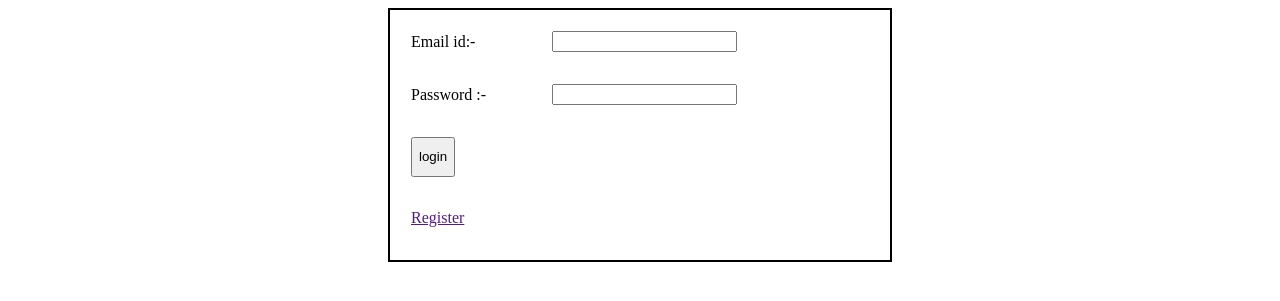
Repository: ShivrajMPujari/ServletApplication
Page: http://localhost/LoginReg/
These files come from the project's save history. The page is drawn as it stood at one moment and after the next save; the edit follows.
The browser window is 1280 px wide. The pictures show the whole page.
The page is served by Tomcat 9.

Above is the page before, as saved 2018-07-09 06:04:43.

After the next save:
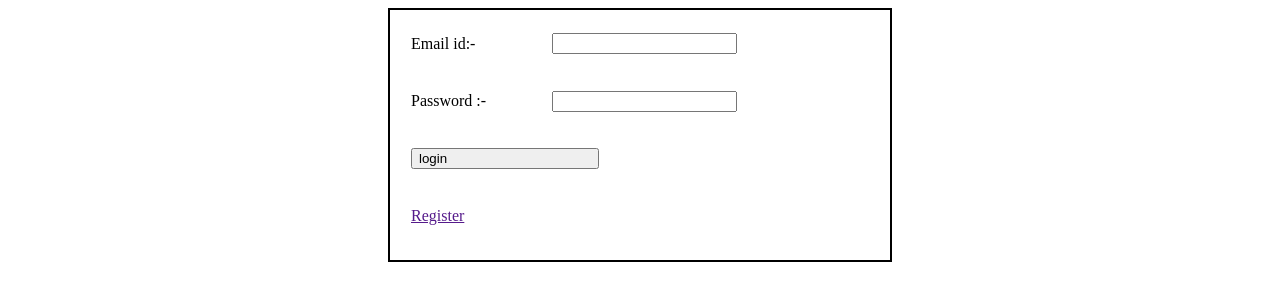
Saved 26 s later.
--- a/LoginReg/WebContent/index.css
+++ b/LoginReg/WebContent/index.css
@@ -17,6 +17,6 @@ tr{
 	height: 30px;
 }
 .submitButton{
-	height:40px;
+	padding-right: 150px;
 
 }
